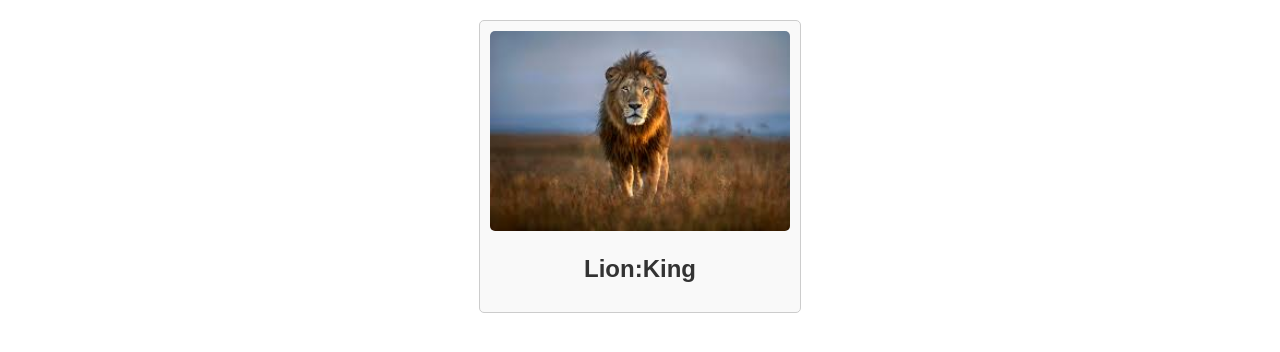
Repository: KingBoyMaylow/Animal-trading-card
Page: index.html
An editor plug-in stored every save of this project. The page is shown before and after the next save, followed by the edit.
The browser window is 1280 px wide. The pictures show the whole page.

Above is the page before, as saved 2024-05-13 21:41:48.

After the next save:
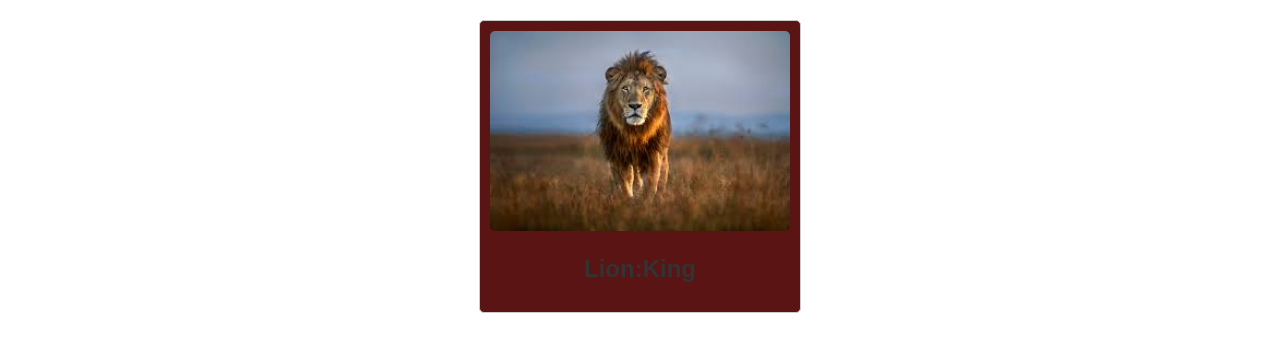
Saved 42 s later.
--- a/index.html
+++ b/index.html
@@ -17,7 +17,7 @@
         border-radius: 5px;
         margin: 20px auto;
         padding: 10px;
-        background-color: #f9f9f9;
+        background-color: #5a1414;
     }
     .card img {
         width: 100%;
